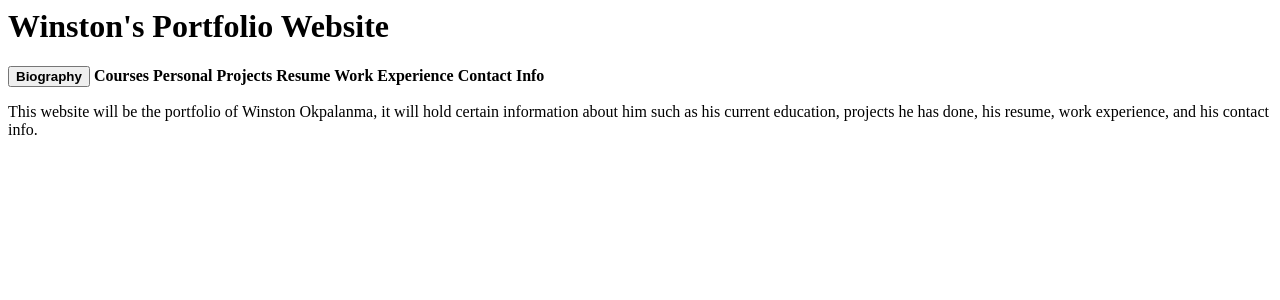
Repository: wokpalanma2020/portfolio
Page: index.html
The author's editor kept a record of every edit. The page is drawn from the files as they stood at one moment, then again after the next edit.
The browser window is 1280 px wide. The pictures show the whole page.

Above is the page before.

### index.html
<html>
  <head>
    <title> Winston's Portfolio  </title>
  </head>

  <body>
    <h1> Winston's Portfolio Website </h1>

    <u1>
      <l1>
        <button>
          <b>Biography </b>
        </button>
      </l1>

      <l1>
        <b>Courses </b>
      </l1>

      <l1>
        <b>Personal Projects </b>
      </l1>

      <l1>
        <b>Resume </b>
      </l1>

      <l1>
        <b>Work Experience </b>
      </l1>

      <l1>
        <b>Contact Info </b>
      </l1>
    </u1>

    <p>
      This website will be the portfolio of Winston Okpalanma, it will hold
      certain information about him such as his current education, projects he
      has done, his resume, work experience, and his contact info.
    </p>

  </body>
</html>

After the next edit:
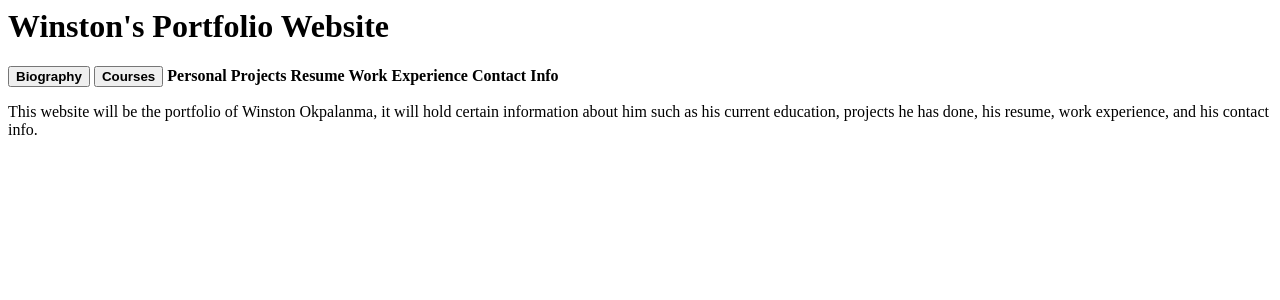
The edit:
--- a/index.html
+++ b/index.html
@@ -14,7 +14,9 @@
       </l1>
 
       <l1>
-        <b>Courses </b>
+        <button>
+          <b>Courses </b>
+        </button>
       </l1>
 
       <l1>
